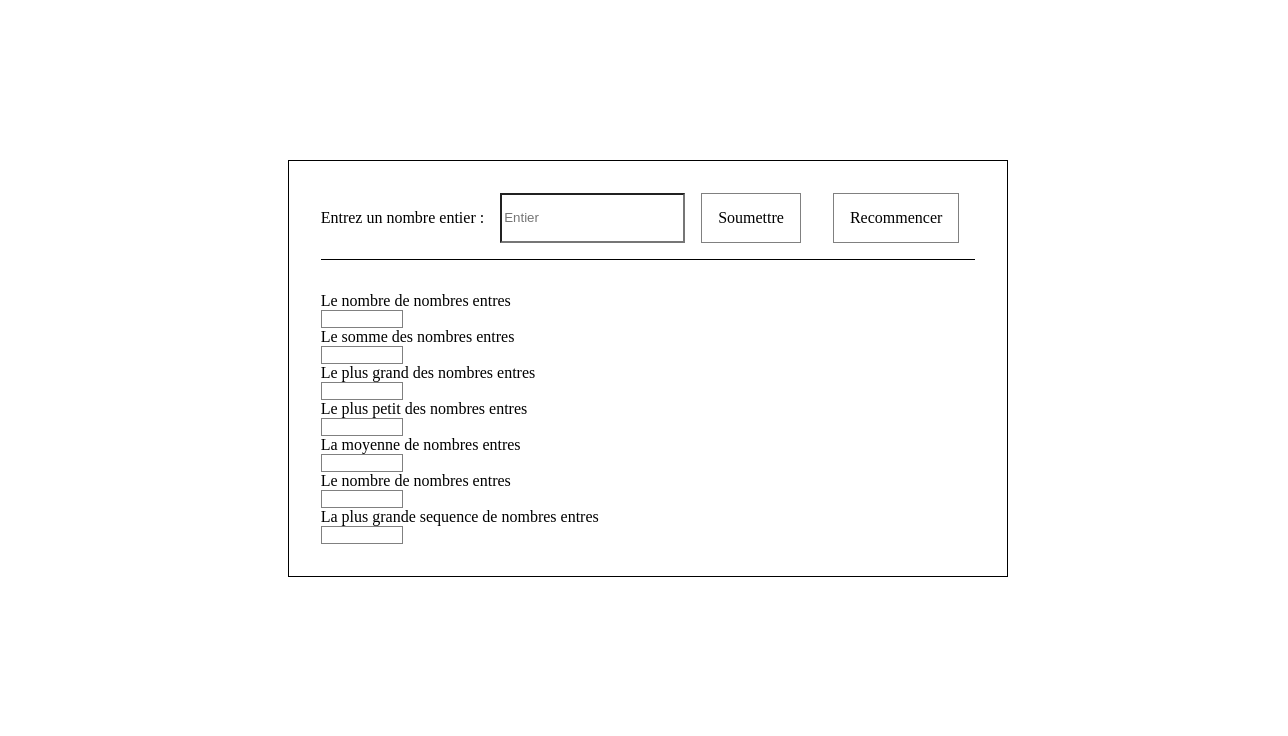
Repository: Thomas088/asbl-proforma
Page: exercices/js/ex-01/index.html
The author's editor kept a copy of each file at every save. The page is drawn from the files as they stood at one save, then again after the next save.
The browser window is 1280 px wide. The page is 1288 px wide, so the pictures cover 1288 px, including what lies to the right of the window. The pictures show the whole page.

Above is the page before, as saved 2020-03-20 01:58:48.

After the next save:
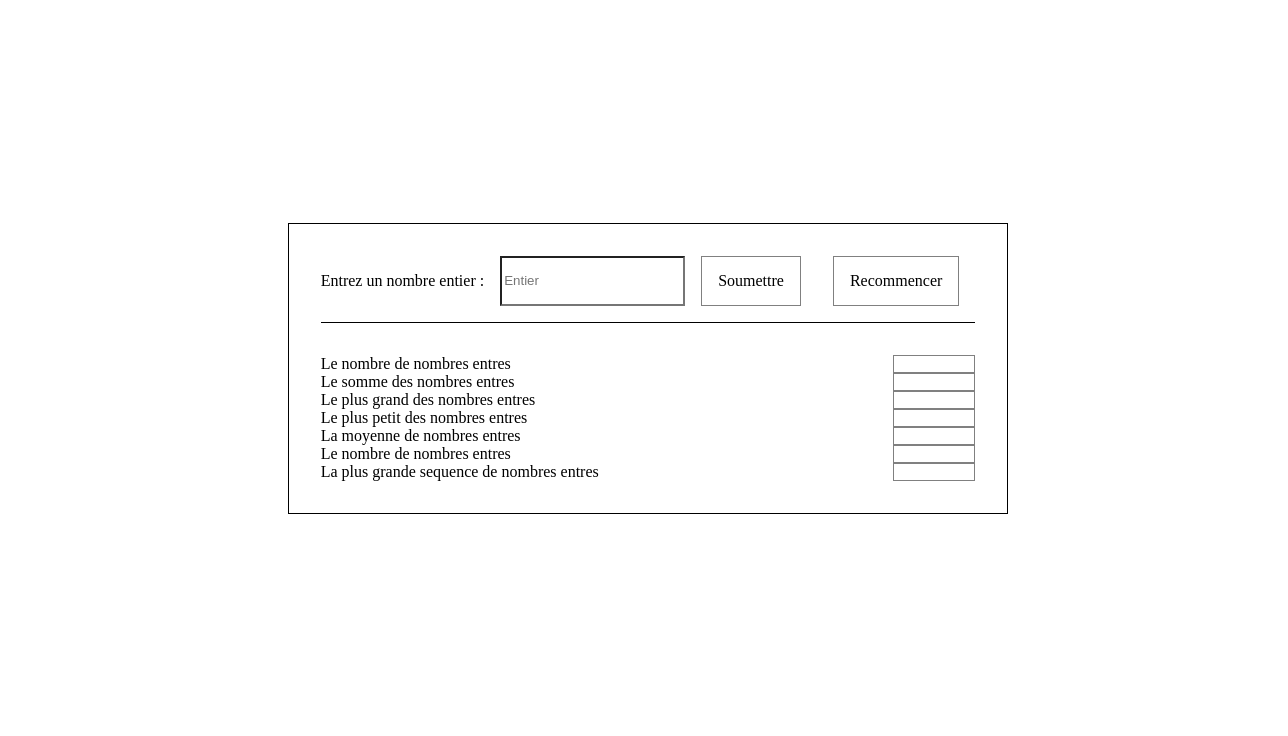
Saved 4 s later.
--- a/exercices/js/ex-01/index.html
+++ b/exercices/js/ex-01/index.html
@@ -16,41 +16,42 @@
             <div class="restart">Recommencer</div>
         </div>
 
-        <div class="total-entries">
-            <span>Le nombre de nombres entres</span>
-            <div class="result total-entries-result"></div>
+        <div class="entries">
+            <div class="total-entries">
+                <span>Le nombre de nombres entres</span>
+                <div class="result total-entries-result"></div>
+            </div>
+
+            <div class="sum-entries">
+                <span>Le somme des nombres entres</span>
+                <div class="result sum-entries-result"></div>
+            </div>
+
+            <div class="max-entries">
+                <span>Le plus grand des nombres entres</span>
+                <div class="result max-entries-result"></div>
+            </div>
+
+            <div class="min-entries">
+                <span>Le plus petit des nombres entres</span>
+                <div class="result"></div>
+            </div>
+
+            <div class="avarage-entries">
+                <span>La moyenne de nombres entres</span>
+                <div class="result min-entries-result"></div>
+            </div>
+
+            <div class="list-of-entries">
+                <span>Le nombre de nombres entres</span>
+                <div class="result list-of-entries-result"></div>
+            </div>
+
+            <div class="sequence-entries">
+                <span>La plus grande sequence de nombres entres</span>
+                <div class="result sequence-entriesresult"></div>
+            </div>
         </div>
-
-        <div class="sum-entries">
-            <span>Le somme des nombres entres</span>
-            <div class="result sum-entries-result"></div>
-        </div>
-
-        <div class="max-entries">
-            <span>Le plus grand des nombres entres</span>
-            <div class="result max-entries-result"></div>
-        </div>
-
-        <div class="min-entries">
-            <span>Le plus petit des nombres entres</span>
-            <div class="result"></div>
-        </div>
-
-        <div class="avarage-entries">
-            <span>La moyenne de nombres entres</span>
-            <div class="result min-entries-result"></div>
-        </div>
-
-        <div class="list-of-entries">
-            <span>Le nombre de nombres entres</span>
-            <div class="result list-of-entries-result"></div>
-        </div>
-
-        <div class="sequence-entries">
-            <span>La plus grande sequence de nombres entres</span>
-            <div class="result sequence-entriesresult"></div>
-        </div>
-
     </div>
 
     <script src="./index.js"></script>
